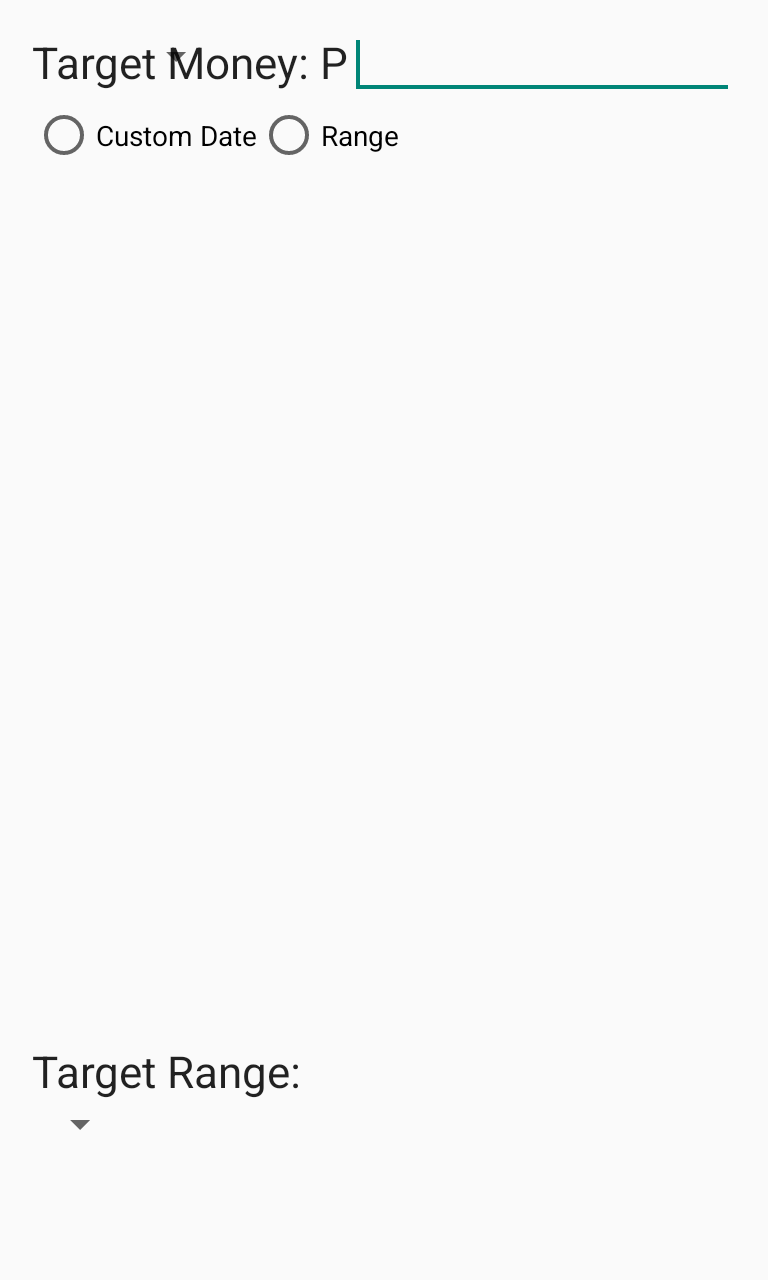
Repository: japheth-starita/SavingsApp
Layout: SavingsApp/res/layout/activity_preferences.xml
These files come from the project's save history. The layout is drawn as it stood at one moment and after the next save; the edit follows.
It is drawn on a 768 x 1280 px phone screen (xhdpi) without system bars, with theme AppTheme; the app's code is not run.

Above is the layout before, as saved 2016-01-30 09:42:23.

After the next save:
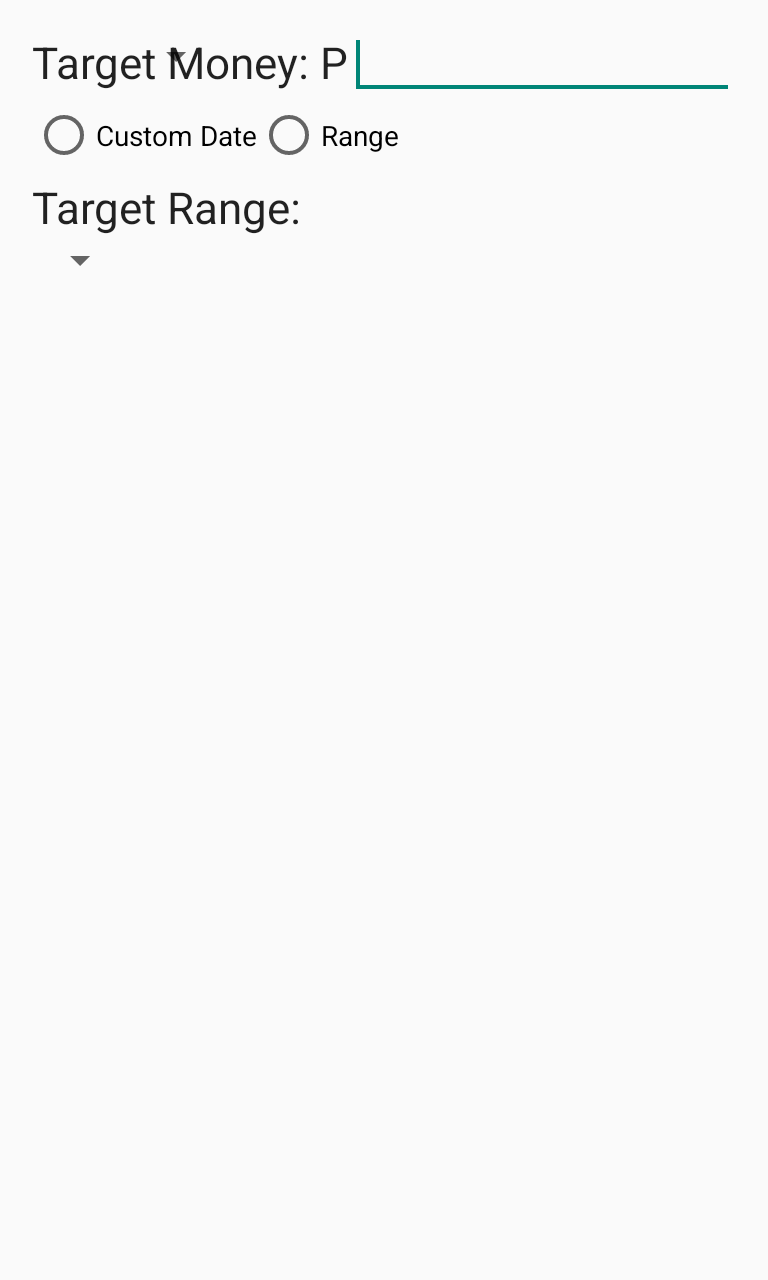
Saved 6 s later.
--- a/SavingsApp/res/layout/activity_preferences.xml
+++ b/SavingsApp/res/layout/activity_preferences.xml
@@ -51,7 +51,7 @@
         android:layout_below="@+id/rbgrpSetting"
         android:layout_centerHorizontal="true"
         android:clickable="false"
-        android:visibility="invisible"/>
+        android:visibility="gone"/>
 
     <TextView
         android:layout_marginTop="5dp"
